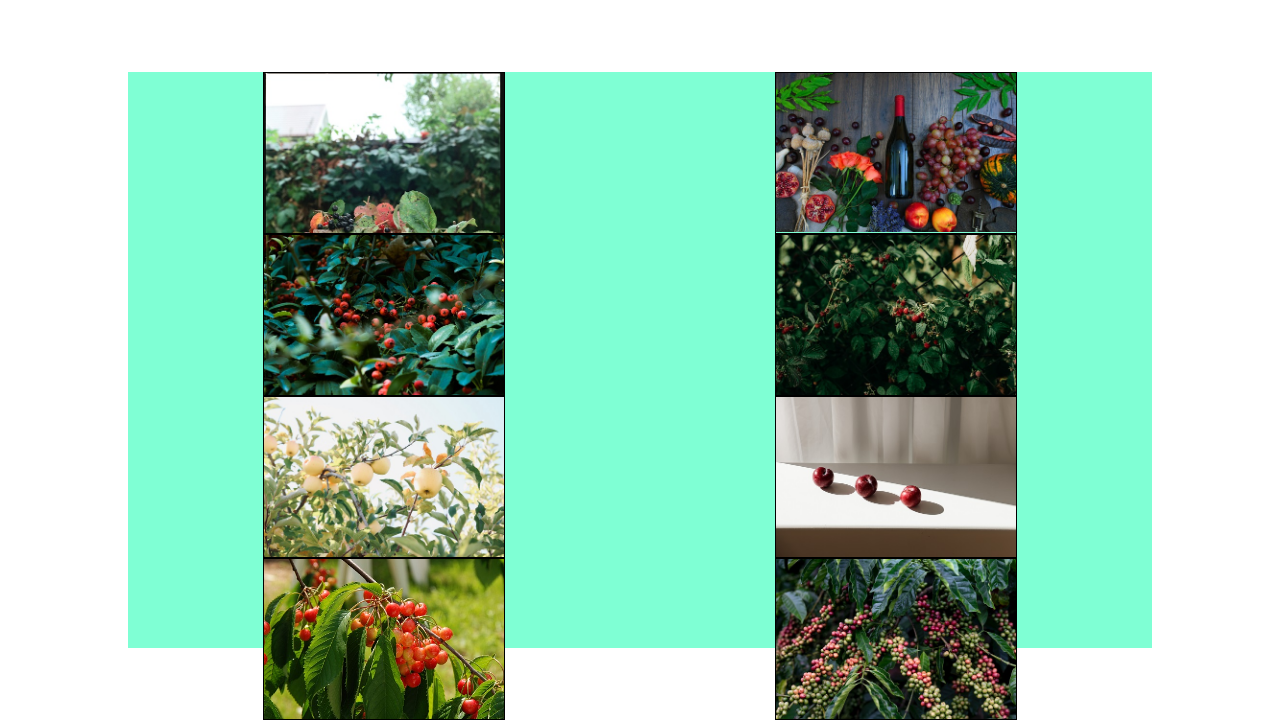
Repository: lidkaa/devTasks
Page: 0. Zadania Testowe/zadania/FlexboxCentered.html
These files come from the project's save history. The page is drawn as it stood at one moment and after the next save; the edit follows.
The browser window is 1280 px wide. The pictures show the whole page.

Above is the page before, as saved 2022-01-31 13:59:07.

### 0. Zadania Testowe/zadania/FlexboxCentered.html
<!DOCTYPE html>
<html lang="en">
<head>
    <meta charset="UTF-8">
    <meta http-equiv="X-UA-Compatible" content="IE=edge">
    <meta name="viewport" content="width=device-width, initial-scale=1.0">
    <link rel="stylesheet" type="text/css" href="flexboxcentered.css">
    <title>Document</title>
</head>
<body>
    <div class="presentation">
        <ul class="cells">
            <li class="cell">
                <img src="./pexel/pexel1.jpg"/>
            </li>
            <li class="cell">
                <img src="./pexel/pexel2.jpg"/>
            </li>
            <li class="cell">
                <img src="./pexel/pexel3.jpg"/>
            </li>
            <li class="cell">
                <img src="./pexel/pexel4.jpg"/>
            </li>
            <li class="cell">
                <img src="./pexel/pexel5.jpg"/>
            </li>
            <li class="cell">
                <img src="./pexel/pexel6.jpg"/>
            </li>
            <li class="cell">
                <img src="./pexel/pexel7.jpg"/>
            </li>
            <li class="cell">
                <img src="./pexel/pexel8.jpg"/>
            </li>
            <li class="cell">
                <img src="./pexel/pexel9.jpg"/>
            </li>
        </ul>
    </div>
</body>
</html>

### 0. Zadania Testowe/zadania/flexboxcentered.css
* {
    margin: 0;
    padding: 0;
}

.presentation {
    position: fixed;
    height: 100vh;
    width: 100vw;
    display: flex;
    justify-content: center;
    align-items: center;
}

.cells {
    display: flex;
    justify-content: space-around;
    align-items: center;
    flex-direction: row;
    flex-wrap: wrap;
    list-style-type: none;
    height: 80vh;
    width: 80vw;
    background-color: aquamarine;
}

.cell {
    height: 10rem;
    width: 15rem;
    border: 1px solid black;
    margin: 0 90px;
    overflow: hidden;
}

img {
    max-width: 100%;
    height: auto;
    /* display: block; */
  }

After the next save:
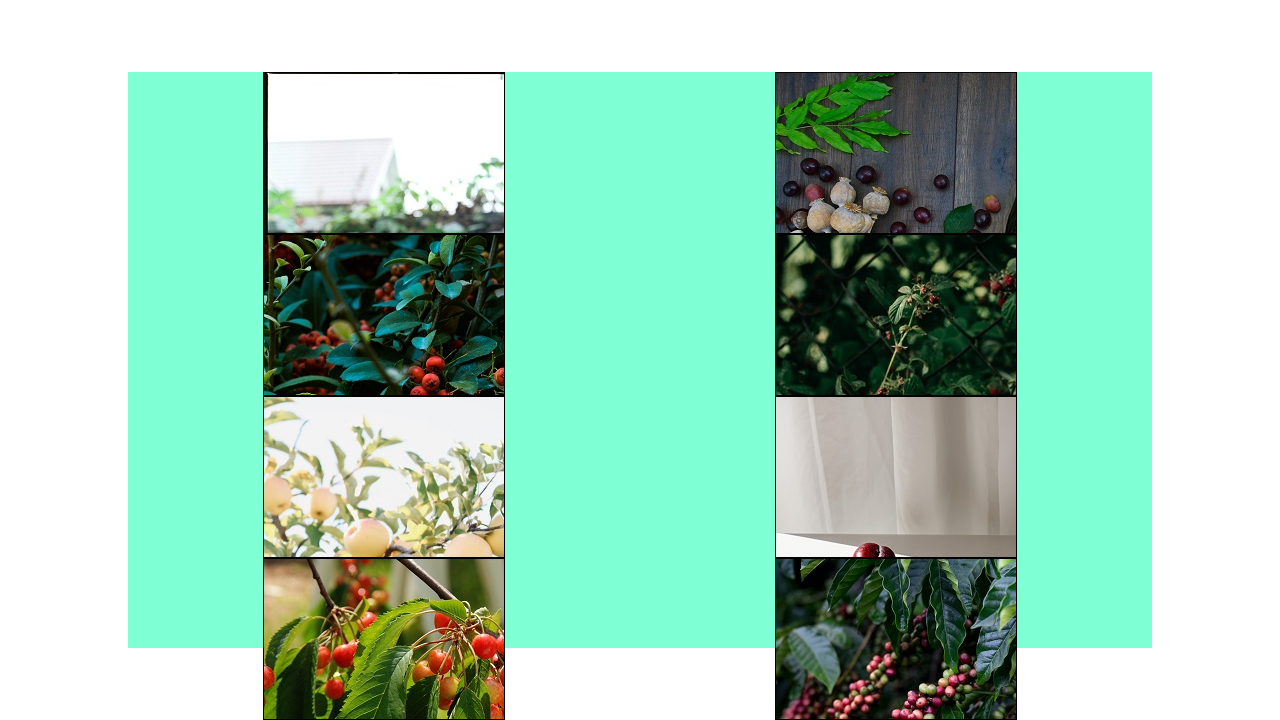
Saved 6 min 6 s later.
--- a/0. Zadania Testowe/zadania/flexboxcentered.css
+++ b/0. Zadania Testowe/zadania/flexboxcentered.css
@@ -33,7 +33,9 @@
 }
 
 img {
-    max-width: 100%;
-    height: auto;
-    /* display: block; */
+    /* max-width: 100%;
+    height: auto; */
+    margin-left: auto;
+    margin-right: auto;
+    display: block;
   }

After the save that followed:
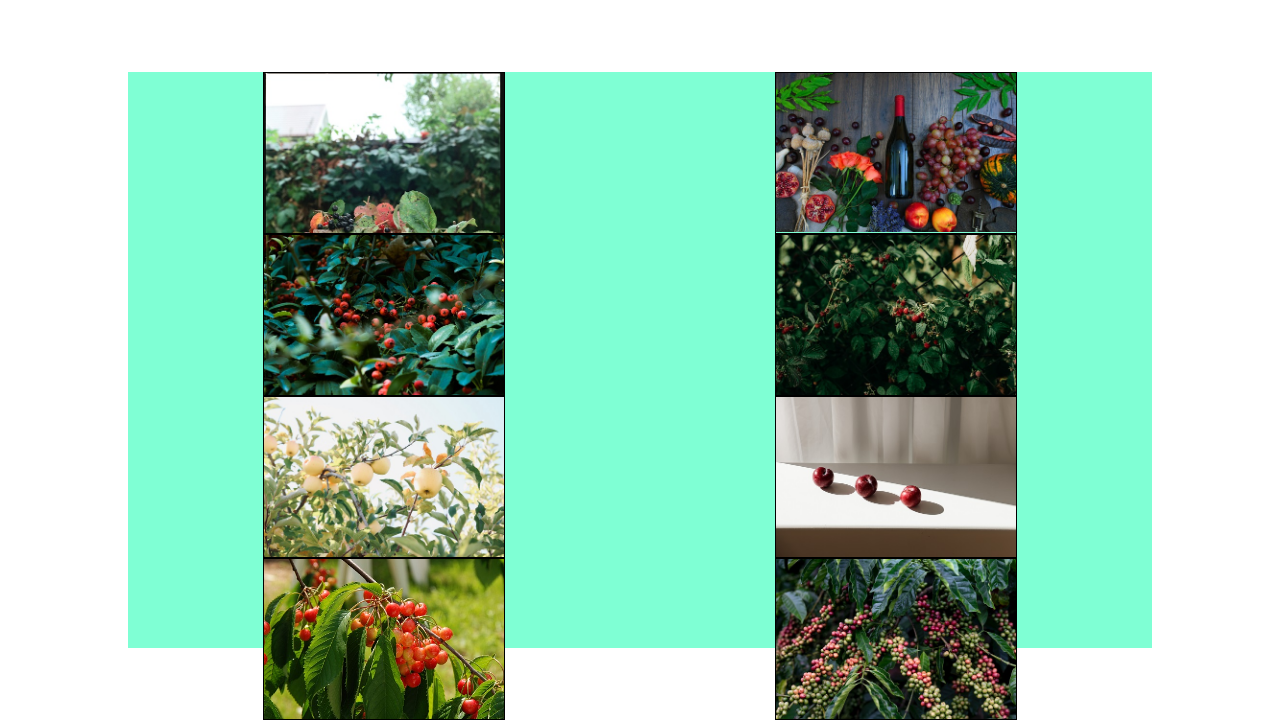
Saved 11 s later.
--- a/0. Zadania Testowe/zadania/flexboxcentered.css
+++ b/0. Zadania Testowe/zadania/flexboxcentered.css
@@ -33,8 +33,8 @@
 }
 
 img {
-    /* max-width: 100%;
-    height: auto; */
+    max-width: 100%;
+    height: auto;
     margin-left: auto;
     margin-right: auto;
     display: block;
